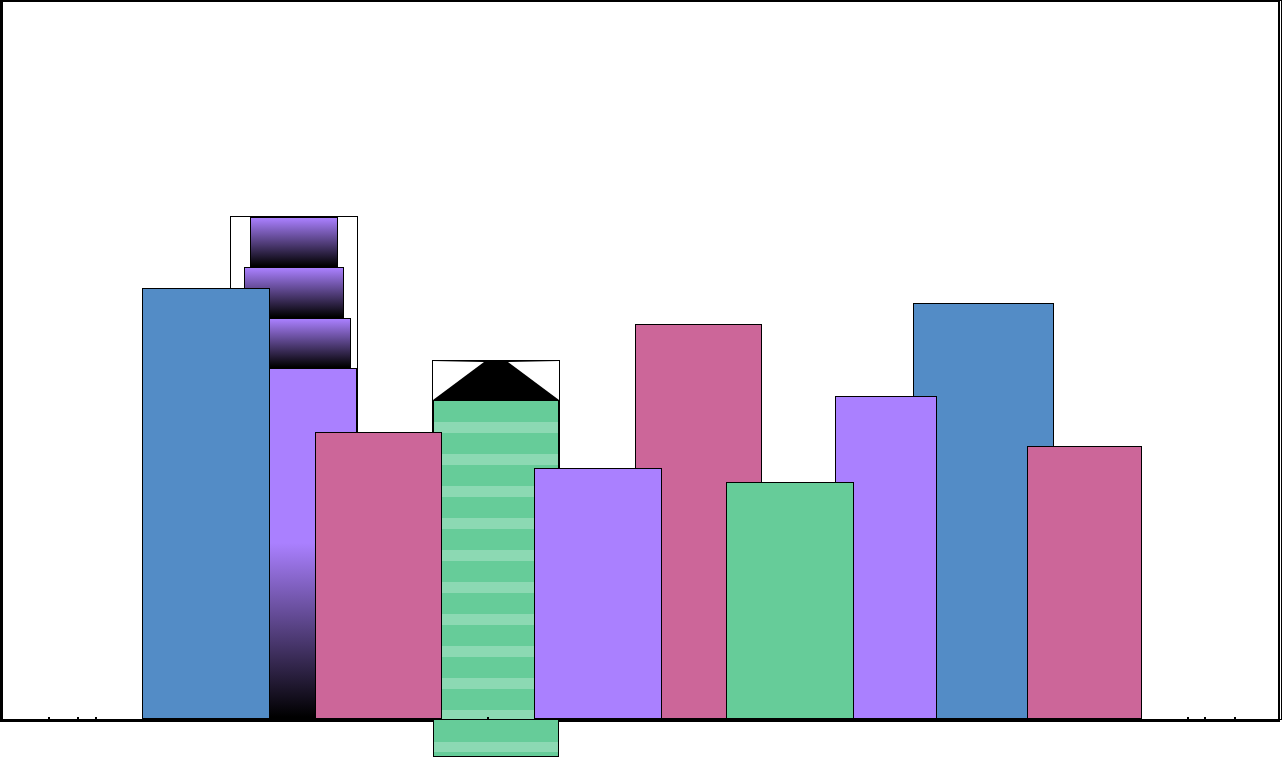
Repository: Lungdjos/city_skyline
Page: index.html
An editor plug-in stored every save of this project. The page is shown before and after the next save, followed by the edit.
The browser window is 1280 px wide. The page is 1282 px wide, so the pictures cover 1282 px, including what lies to the right of the window. The pictures show the whole page.

Above is the page before, as saved 2023-12-12 10:57:54.

After the next save:
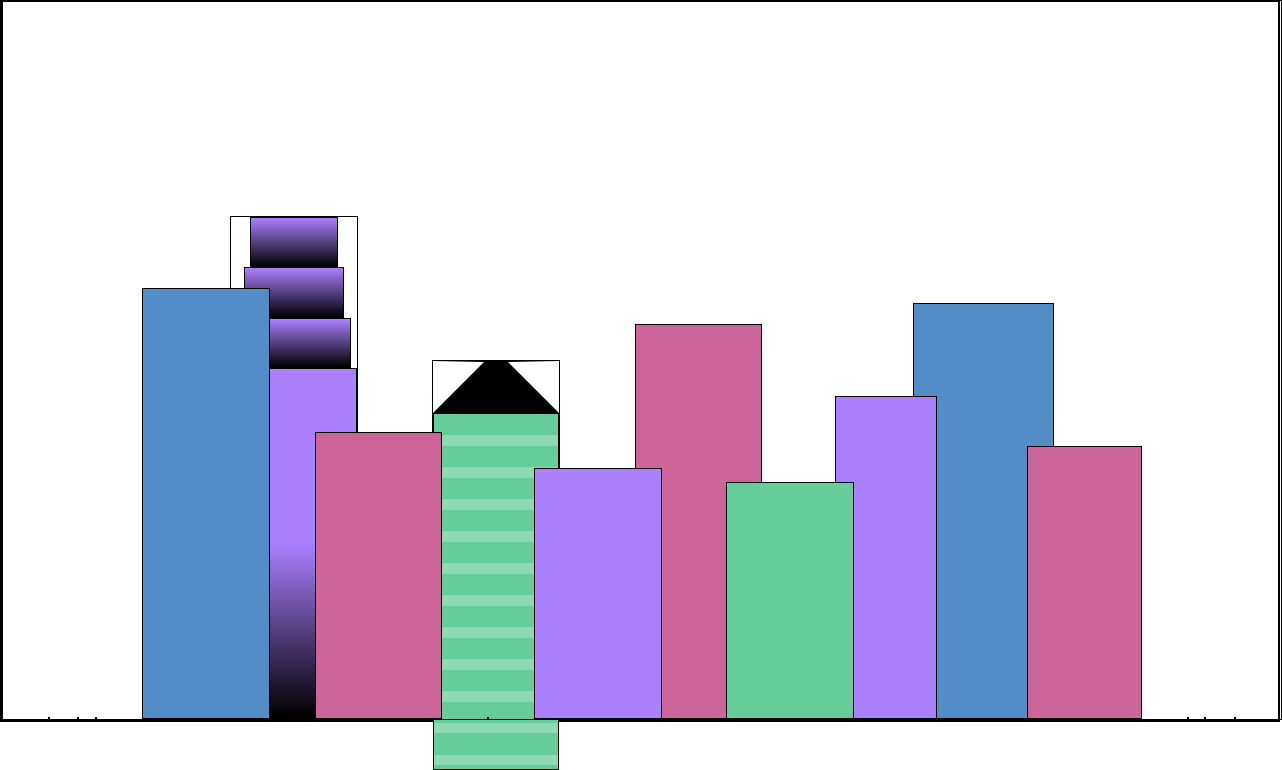
Saved 13 s later.
--- a/styles.css
+++ b/styles.css
@@ -74,7 +74,7 @@ body {
     height: 5vw;
     border-top: 1vw solid #000;
     */
-    border-bottom: 3vw solid #000;
+    border-bottom: 4vw solid #000;
     border-left: 4vw solid transparent;
     border-right: 4vw solid transparent;
 }
